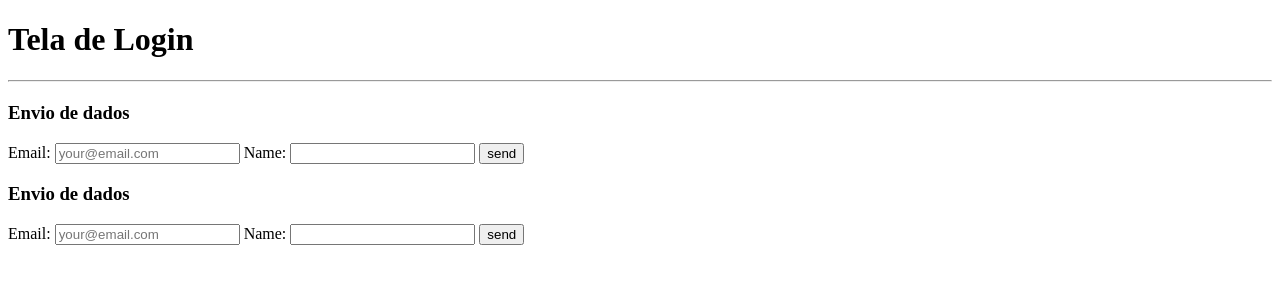
Repository: MarcioFreitasUFSC21/FrontEnd-part-1
Page: index.html
The author's editor kept a copy of each file at every save. The page is drawn from the files as they stood at one save, then again after the next save.
The browser window is 1280 px wide. The pictures show the whole page.

Above is the page before, as saved 2023-04-22 19:21:14.

After the next save:
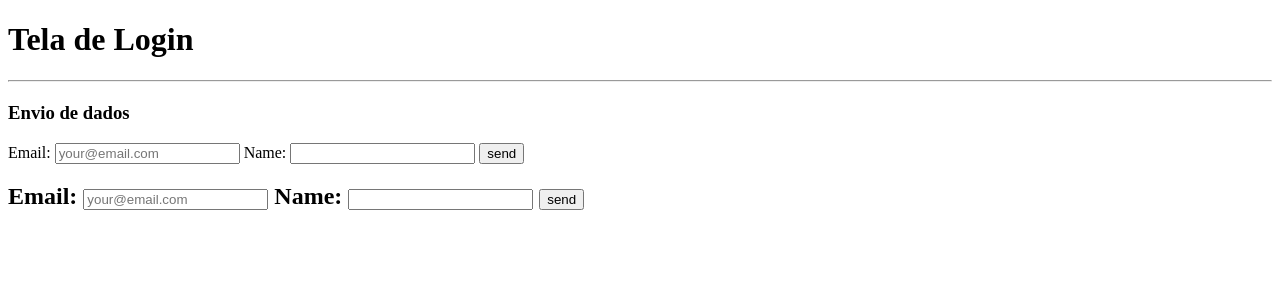
Saved 6 s later.
--- a/index.html
+++ b/index.html
@@ -20,7 +20,7 @@
         </div>
         <div>
             <h2>
-                <h3> Envio de dados</h3>
+
                 <label type = "email"> Email: </label> <input type = "email" placeholder="your@email.com" ></input>
                 <label type = "text"> Name: </label> <input type = "text" ></input>
                 <button type = "submit" action = "save"> send</button>
